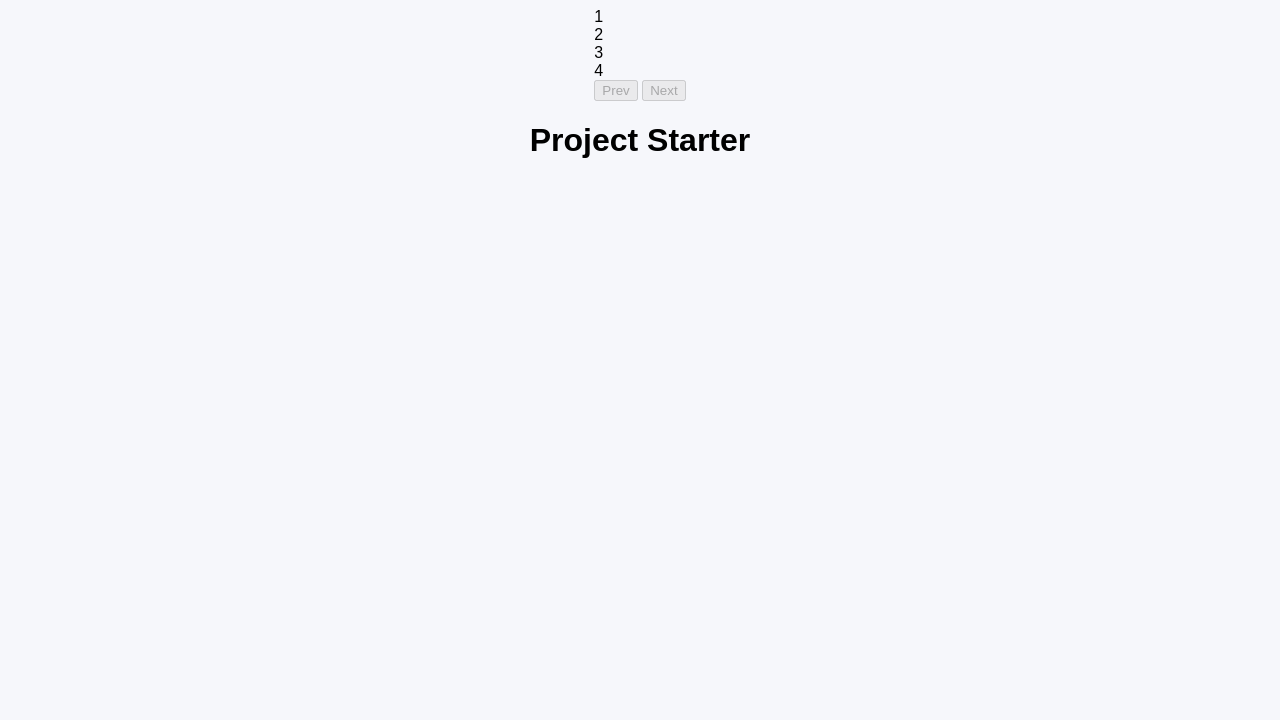
Repository: Williamlmachado/Progress-steps
Page: index.html
An editor plug-in stored every save of this project. The page is shown before and after a run of saves, followed by the edit.
The browser window is 1280 px wide. The pictures show the whole page.
Some web fonts or font styles are not loaded; a fallback is used.

Above is the page before, as saved 2021-08-11 09:28:05.

### index.html
<!DOCTYPE html>
<html lang="en">
    <head>
        <meta charset="UTF-8">
        <meta name="viewport" content="width=device=width, initial-scale=1.0"/>
        <link rel="stylesheet" href="style.css"/>
        <title>Progress Steps</title>
    </head>
    <body>
        <div class="container">
            <div class="progress-container">
                <div class="progress" id="progress"></div>
                <div class="circle active">1</div>
                <div class="circle">2</div>
                <div class="circle">3</div>
                <div class="circle">4</div>
            </div>
            <button class="btn" id="prev" disabled>Prev</button>
            <button class="btn" id="prev" disabled>Next</button>
        </div>
        <h1>Project Starter</h1>
        <script src="script.js"></script>
    </body>
</html>

### style.css
@import url('https://font.googleapis.com/css?family=Muli&display=swap');

*{
    box-sizing: border-box;
}
body{
    background-color: #f6f7fb;
    font-family: 'Muli',sans-serif;
    display: flex;
    flex-direction: column;
    align-items: center;
    justify-content: center;
    height: ;

}

Loaded but not shown: script.js (no copy from this time; the picture is the same without it)

After the next 2 saves:
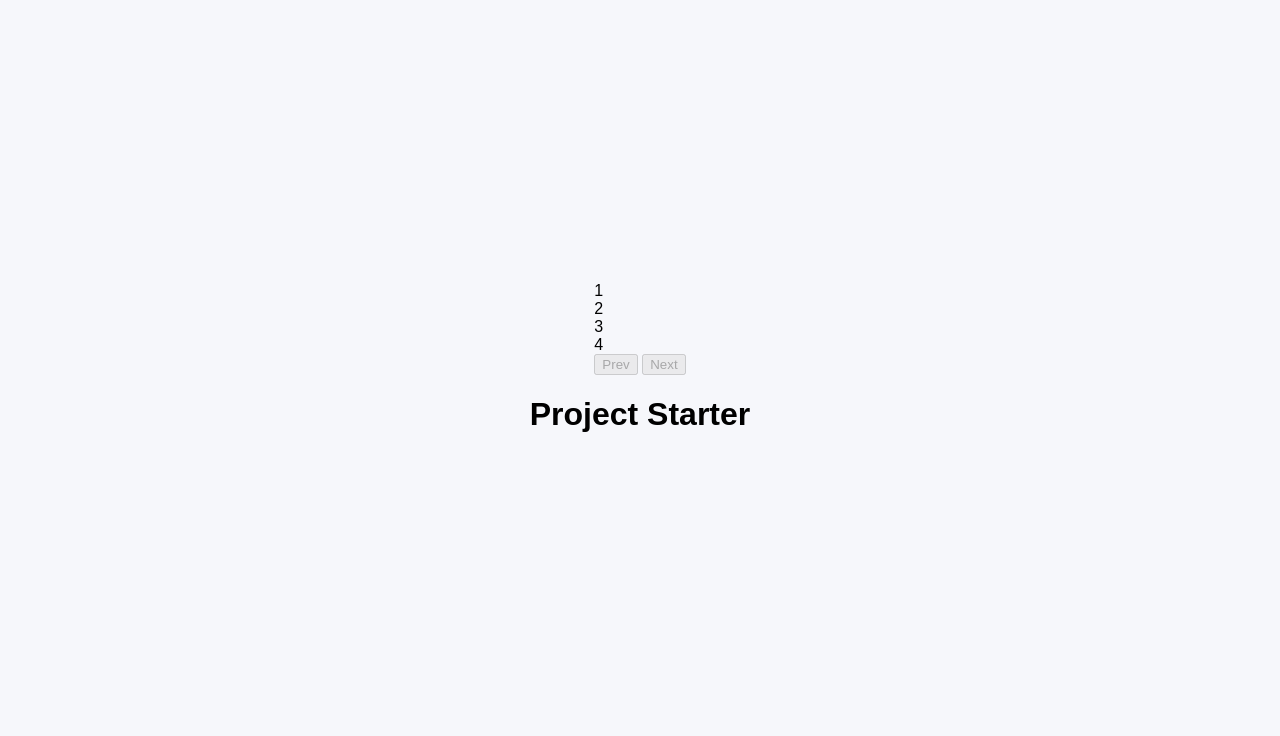
The 2 saves are shown as one change because they came seconds apart.
The last was saved 8 s later.
--- a/style.css
+++ b/style.css
@@ -10,6 +10,7 @@ body{
     flex-direction: column;
     align-items: center;
     justify-content: center;
-    height: ;
+    height: 100vh;
+    overflow: ;
 
 }
